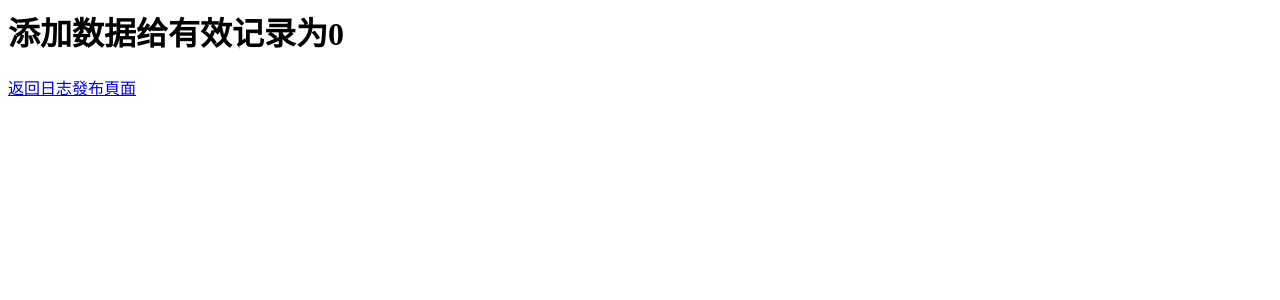
Repository: SUT-GC/myblog
Page: http://localhost/myblog/AdminDo
These files come from the project's save history. The page is drawn as it stood at one moment and after the next save; the edit follows.
The browser window is 1280 px wide. The pictures show the whole page.
The page is served by Tomcat 9. Other server files are loaded and not shown.

Above is the page before, as saved 2015-09-30 11:32:13.

### javaee_workspace/myblog/src/servlet/AdminDo.java
package servlet;

import java.io.IOException;
import java.io.PrintWriter;

import javax.servlet.ServletException;
import javax.servlet.annotation.WebServlet;
import javax.servlet.http.HttpServlet;
import javax.servlet.http.HttpServletRequest;
import javax.servlet.http.HttpServletResponse;

import Encryption.Base64;
import dao.AdminDao;
import empty.Admin;

/**
 * Servlet implementation class AdminDo
 */
@WebServlet(name="adminDo", urlPatterns={"/AdminDo"})
public class AdminDo extends HttpServlet {
	private static final long serialVersionUID = 1L;

    /**
     * @see HttpServlet#HttpServlet()
     */
    public AdminDo() {
        super();
        // TODO Auto-generated constructor stub
    }

	/**
	 * @see HttpServlet#doGet(HttpServletRequest request, HttpServletResponse response)
	 */
	protected void doGet(HttpServletRequest request, HttpServletResponse response) throws ServletException, IOException {
		doPost(request, response);
	}

	/**
	 * @see HttpServlet#doPost(HttpServletRequest request, HttpServletResponse response)
	 */
	protected void doPost(HttpServletRequest request, HttpServletResponse response) throws ServletException, IOException {
		// 将requelt和response转码为utf-8
	    request.setCharacterEncoding("utf-8");
		response.setCharacterEncoding("utf-8");
		//创建页面输出对象
		response.setContentType("text/html;charset=utf-8");
		PrintWriter out = response.getWriter();

		/*
		 * result1 :执行deleteAdminByID 所得的返回值
		 * -1:没有执行sql或者执行失败 0:执行sql且记录更新0条 1:更新成功
		 * result2 :执行updateAdminByID 所得的返回值
		 * -1:没有执行sql或者执行失败 0:执行sql且记录更新0条 1:更新成功
		 */
		int result1 = -1;
		int result2 = -1;

		if(request.getParameter("do") != null && request.getParameter("do").equals("delete") && request.getParameter("deleteid") != null ){
			int deleteid = Integer.parseInt(request.getParameter("deleteid"));
			result1 = AdminDao.deleteAdminByID(deleteid);
		}

		if(request.getParameter("new_admin_id")!=null && request.getParameter("new_admin_username")!=null && request.getParameter("new_admin_password")!=null){
			Admin admin = new Admin();
			admin.setAdmin_id(Integer.parseInt(request.getParameter("new_admin_id")));
			admin.setAdmin_username(request.getParameter("new_admin_username"));
			admin.setAdmin_password(Base64.base64Encoder(request.getParameter("new_admin_id")));
			result2 = AdminDao.updateAdminByID(admin);
		}

		if(result1 == -1){
			out.println("<h1>添加数据给有效记录为0</h1>");
		    out.println("<a href=\"javascript:history.go(-1)\">返回日志發布頁面</a>");
		}
	}

}

After the next save:
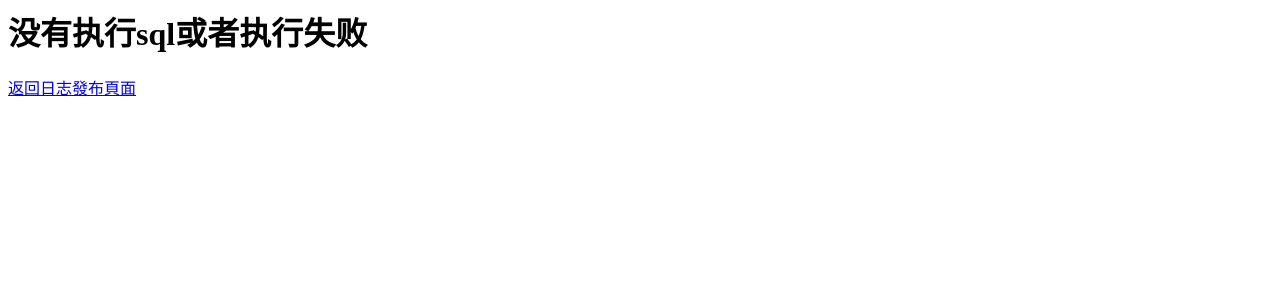
Saved 10 s later.
--- a/javaee_workspace/myblog/src/servlet/AdminDo.java
+++ b/javaee_workspace/myblog/src/servlet/AdminDo.java
@@ -69,7 +69,7 @@ public class AdminDo extends HttpServlet {
 		}
 
 		if(result1 == -1){
-			out.println("<h1>添加数据给有效记录为0</h1>");
+			out.println("<h1>没有执行sql或者执行失败</h1>");
 		    out.println("<a href=\"javascript:history.go(-1)\">返回日志發布頁面</a>");
 		}
 	}
